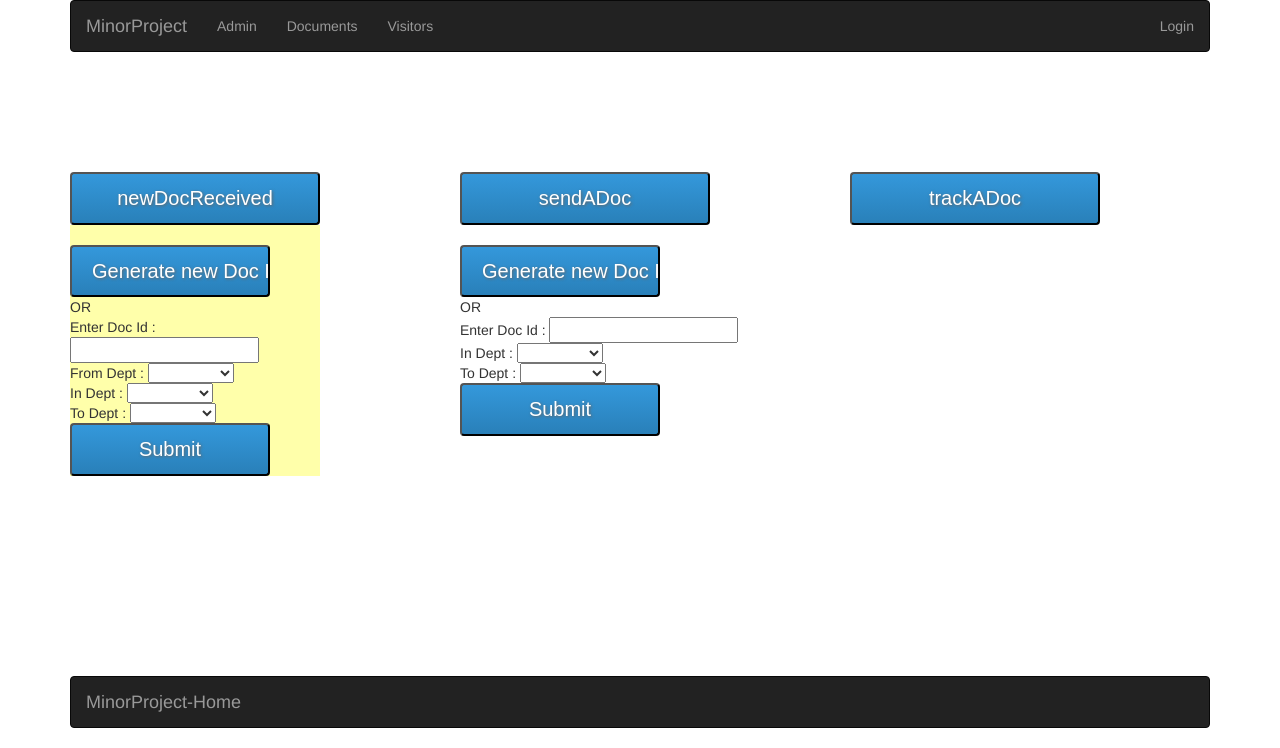
Repository: javaSingh/java
Page: workspace/minorProjectWithInder7thSem2/WebContent/index.html
These files come from the project's save history. The page is drawn as it stood at one moment and after the next save; the edit follows.
The browser window is 1280 px wide. The pictures show the whole page.
Some web libraries are served in a nearby version.

Above is the page before, as saved 2014-10-20 12:21:49.

### workspace/minorProjectWithInder7thSem2/WebContent/index.html
<!DOCTYPE html>
<html>
   <head>
      <title>MinorProject-OfficeMgmt</title>
      <meta name='viewport' content='width=device-width, initial-scale=1.0'>
      <!-- Bootstrap -->
      <link href='css/bootstrap.min.css' rel='stylesheet'>
	  <!--my css-->
	  <link href='css/a.css' rel='stylesheet'>
      <!-- HTML5 Shim and Respond.js IE8 support of HTML5 elements and media
         queries -->
      <!-- WARNING: Respond.js doesn't work if you view the page
         via file:// -->
      <!--[if lt IE 9]>
         <script src='https://oss.maxcdn.com/libs/html5shiv/3.7.0/
            html5shiv.js'></script>
         <script src='https://oss.maxcdn.com/libs/respond.js/1.3.0/
            respond.min.js'></script>
      <![endif]-->
	  <!--font awesome. for icons used in top of page-->
	  <link href="http://maxcdn.bootstrapcdn.com/font-awesome/4.1.0/css/font-awesome.min.css" rel="stylesheet">







	  <script src="http://ajax.googleapis.com/ajax/libs/jquery/1.11.1/jquery.min.js"></script>





	</head>
	<body>

	<div class='container'>
	<div class="scroll-top-wrapper ">
    <span class="scroll-top-inner">
    <i class="fa fa-2x fa-arrow-circle-up"></i>
    </span>
	</div>

	<nav role='navigation' class='navbar navbar-inverse'>
    <!-- Brand and toggle get grouped for better mobile display -->
    <div class='navbar-header'>
        <button type='button' data-target='#navbarCollapse' data-toggle='collapse' class='navbar-toggle'>
            <span class='sr-only'>Toggle navigation</span>
            <span class='icon-bar'></span>
            <span class='icon-bar'></span>
            <span class='icon-bar'></span>
        </button>
        <a href='#' class='navbar-brand'>MinorProject</a>
    </div>
    <!-- Collection of nav links and other content for toggling -->
    <div id='navbarCollapse' class='collapse navbar-collapse'>
        <ul class='nav navbar-nav'>
            <li><a href='#'>Admin </a></li>
            <li><a href='#'>Documents </a></li>
			<li><a href='#'>Visitors </a></li>
			</ul>
        <ul class='nav navbar-nav navbar-right'>
            <li><a href='jackie.html'>Login</a></li>
        </ul>
    </div>
</nav>
<div class='top'></div>
<div class='row'>
<div class='col-md-4'>



<input type='button' onclick='newdoc()'  class='submitbutton' value='newDocReceived' name='newdocreceivedbutton'></input>
<div id='newdoc'>
<br>
<form action='Serv3'>
<input type='submit' class='submitbuttoninner' value='Generate new Doc Id'></input>
</form>
OR
<br>
<form action='Serv1'>
Enter Doc Id : <input type='number' name='docid' required autofoucs></input><br>
From Dept : <select name='fromdept'>
<option value=""></option>
  <option value="Dept1">Dept1</option>
  <option value="Dept2">Dept2</option>
  <option value="Dept3">Dept3</option>
  <option value="Dept4">Dept4</option>
  <option value="Reception">Reception</option>
  <option value="Staff">Staff</option>
  <option value="Student">Student</option>
</select><br>
In Dept : <select name='indept'>
  <option value=""></option>
  <option value="Dept1">Dept1</option>
  <option value="Dept2">Dept2</option>
  <option value="Dept3">Dept3</option>
  <option value="Dept4">Dept4</option>
  <option value="Reception">Reception</option>
</select><br>
To Dept : <select name='todept'>
  <option value=""></option>
  <option value="Dept1">Dept1</option>
  <option value="Dept2">Dept2</option>
  <option value="Dept3">Dept3</option>
  <option value="Dept4">Dept4</option>
  <option value="Reception">Reception</option>
</select>
<input type='submit' class='submitbuttoninner'></input>
</form>
</div>








</div>
<div class='col-md-4'>


<input type='button' class='submitbutton' onclick='senddoc()' value='sendADoc' name='senddocbutton'></input>
<div id='senddoc'>
<br>
<form action='Serv3'>
<input type='submit' value='Generate new Doc Id' class='submitbuttoninner'></input>
</form>
OR
<br>
<form action='Serv2'>
Enter Doc Id : <input type='number' name='docid' required autofoucs></input><br>
In Dept : <select name='indept'>
  <option value=""></option>
  <option value="Dept1">Dept1</option>
  <option value="Dept2">Dept2</option>
  <option value="Dept3">Dept3</option>
  <option value="Dept4">Dept4</option>
  <option value="Reception">Reception</option>
</select><br>
To Dept : <select name='todept'>
<option value=""></option>
<option value="Dept1">Dept1</option>
  <option value="Dept2">Dept2</option>
  <option value="Dept3">Dept3</option>
  <option value="Dept4">Dept4</option>
  <option value="Reception">Reception</option>
</select><br>
<input type='submit' class='submitbuttoninner'></input>
</form>
</div>








</div>
<div class='col-md-4'>




<form action='Serv4' type='post'>
<input type='submit' class='submitbutton' value='trackADoc'></input>
</form>






</div>

</div>
<div class='below'></div>
<div class='row'>
<div class='col-md-12'>
<div class='myfooter'>
<nav role='navigation' class='navbar navbar-inverse'>
    <!-- Brand and toggle get grouped for better mobile display -->
    <div class='navbar-header'>
        <button type='button' data-target='#navbarCollapse' data-toggle='collapse' class='navbar-toggle'>
            <span class='sr-only'>Toggle navigation</span>
            <span class='icon-bar'></span>
            <span class='icon-bar'></span>
            <span class='icon-bar'></span>
        </button>
        <a href='#' class='navbar-brand'>MinorProject-Home</a>
    </div>
    <!-- Collection of nav links and other content for toggling -->
    <div id='navbarCollapse' class='collapse navbar-collapse'>


    </div>
</nav>
</div>
</div>
</div>






	  <!-- jQuery (necessary for Bootstrap's JavaScript plugins) -->
      <script src='https://code.jquery.com/jquery.js'></script>
      <!-- Include all compiled plugins (below), or include individual files
            as needed -->
      <script src='js/bootstrap.min.js'></script>
	  <script src="//ajax.googleapis.com/ajax/libs/jquery/1.11.0/jquery.min.js"></script>
 <script>

$(function(){

    $(document).on( 'scroll', function(){

        if ($(window).scrollTop() > 1) {
            $('.scroll-top-wrapper').addClass('show');
        } else {
            $('.scroll-top-wrapper').removeClass('show');
        }
    });
});
</script>
   <script>

$(function(){

    $(document).on( 'scroll', function(){

        if ($(window).scrollTop() > 1) {
            $('.scroll-top-wrapper').addClass('show');
        } else {
            $('.scroll-top-wrapper').removeClass('show');
        }
    });

    $('.scroll-top-wrapper').on('click', scrollToTop);
});

function scrollToTop() {
    verticalOffset = typeof(verticalOffset) != 'undefined' ? verticalOffset : 0;
    element = $('body');
    offset = element.offset();
    offsetTop = offset.top;
    $('html, body').animate({scrollTop: offsetTop}, 500, 'linear');
}
</script>


 </div> </body>
</html>

### workspace/minorProjectWithInder7thSem2/WebContent/css/a.css
#newdoc
{
    background-color: #ffffaa;
    width:250px;
}
.submitbutton {
  background: #3498db;
  background-image: -webkit-linear-gradient(top, #3498db, #2980b9);
  background-image: -moz-linear-gradient(top, #3498db, #2980b9);
  background-image: -ms-linear-gradient(top, #3498db, #2980b9);
  background-image: -o-linear-gradient(top, #3498db, #2980b9);
  background-image: linear-gradient(to bottom, #3498db, #2980b9);
  -webkit-border-radius: 4;
  -moz-border-radius: 4;
  border-radius: 4px;
  text-shadow: 1px 1px 3px #666666;
  font-family: Arial;
  color: #ffffff;
  font-size: 20px;
  padding: 10px 20px 10px 20px;
  text-decoration: none;
 width:250px;
}

.submitbutton:hover {
cursor:pointer;
  background: #3cb0fd;
  background-image: -webkit-linear-gradient(top, #3cb0fd, #3498db);
  background-image: -moz-linear-gradient(top, #3cb0fd, #3498db);
  background-image: -ms-linear-gradient(top, #3cb0fd, #3498db);
  background-image: -o-linear-gradient(top, #3cb0fd, #3498db);
  background-image: linear-gradient(to bottom, #3cb0fd, #3498db);
  text-decoration: none;
}

.submitbuttoninner {
  background: #3498db;
  background-image: -webkit-linear-gradient(top, #3498db, #2980b9);
  background-image: -moz-linear-gradient(top, #3498db, #2980b9);
  background-image: -ms-linear-gradient(top, #3498db, #2980b9);
  background-image: -o-linear-gradient(top, #3498db, #2980b9);
  background-image: linear-gradient(to bottom, #3498db, #2980b9);
  -webkit-border-radius: 4;
  -moz-border-radius: 4;
  border-radius: 4px;
  text-shadow: 1px 1px 3px #666666;
  font-family: Arial;
  color: #ffffff;
  font-size: 20px;
  padding: 10px 20px 10px 20px;
  text-decoration: none;
 width:200px;
}

.submitbuttoninner:hover {
cursor:pointer;
  background: #3cb0fd;
  background-image: -webkit-linear-gradient(top, #3cb0fd, #3498db);
  background-image: -moz-linear-gradient(top, #3cb0fd, #3498db);
  background-image: -ms-linear-gradient(top, #3cb0fd, #3498db);
  background-image: -o-linear-gradient(top, #3cb0fd, #3498db);
  background-image: linear-gradient(to bottom, #3cb0fd, #3498db);
  text-decoration: none;
}




.top{
height:100px;
}
.below
{height:200px;}

[type='email']
{
    font-size:20px;
}
[type="text"] {
    font-size: 20px;
 //   margin-left: 10%;
}
.signup
{

    border:1px solid green;
    border-radius:2px;
    height:100%;
    background-color:rgba(252, 255, 155, 1);


}
.signup input[type=text]
{
    width:80%;
    margin:auto;

}
input[type=email]
{
    width:80%;
    margin:auto;

}
.scroll-top-wrapper {
    position: fixed;
    opacity: 0;
    visibility: hidden;
    overflow: hidden;
    text-align: center;
    z-index: 99999999;
    background-color: #008000;
    color: #eeeeee;
    width: 60px;
    height: 55px;
    line-height: 48px;
    right: 30px;
    bottom: 30px;
    padding-top: 2px;
    border-top-left-radius: 10px;
    border-top-right-radius: 10px;
    border-bottom-right-radius: 10px;
    border-bottom-left-radius: 10px;
    -webkit-transition: all 0.5s ease-in-out;
    -moz-transition: all 0.5s ease-in-out;
    -ms-transition: all 0.5s ease-in-out;
    -o-transition: all 0.5s ease-in-out;
    transition: all 0.3s ease-in-out;
}
.scroll-top-wrapper:hover {
    //opacity: 0.0;
    background-color: #222245;
}
.scroll-top-wrapper.show {
    visibility:visible;
    cursor:pointer;
    opacity: 0.9999999;
}
.scroll-top-wrapper i.fa {
    line-height: inherit;
}

Loaded but not shown: workspace/minorProjectWithInder7thSem2/WebContent/css/bootstrap.min.css (library); workspace/minorProjectWithInder7thSem2/WebContent/js/bootstrap.min.js (library)

After the next save:
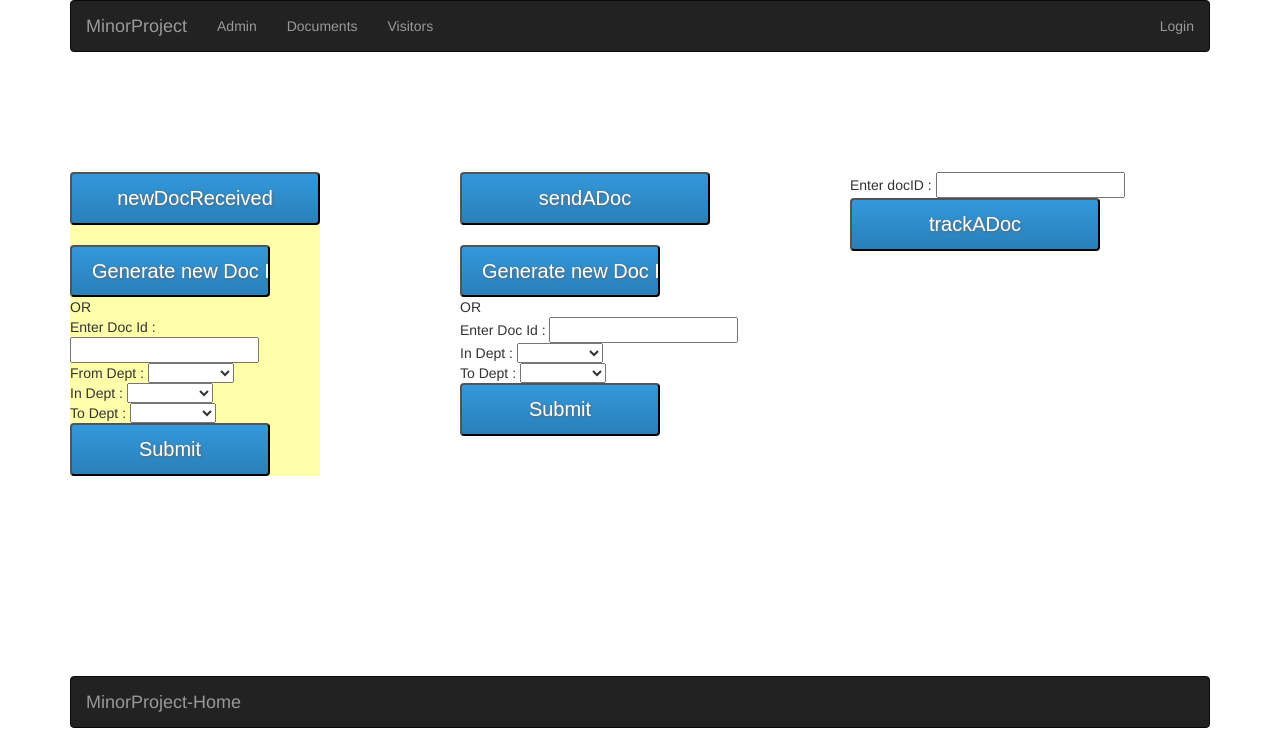
Saved 97 s later.
--- a/workspace/minorProjectWithInder7thSem2/WebContent/index.html
+++ b/workspace/minorProjectWithInder7thSem2/WebContent/index.html
@@ -166,6 +166,7 @@
 
 
 <form action='Serv4' type='post'>
+Enter docID : <input type='number' name='docid'></input>
 <input type='submit' class='submitbutton' value='trackADoc'></input>
 </form>
 

After the save that followed:
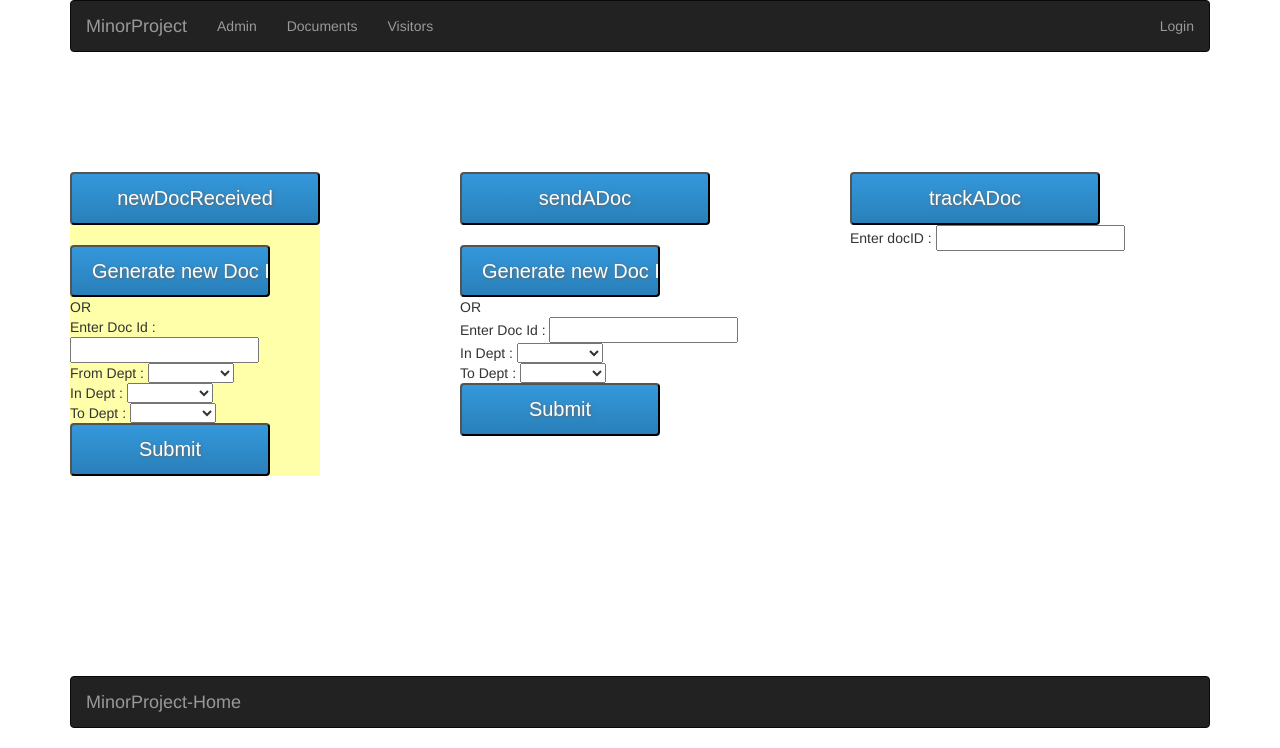
Saved 27 s later.
--- a/workspace/minorProjectWithInder7thSem2/WebContent/index.html
+++ b/workspace/minorProjectWithInder7thSem2/WebContent/index.html
@@ -166,8 +166,9 @@
 
 
 <form action='Serv4' type='post'>
+<input type='submit' class='submitbutton' value='trackADoc'></input><br>
 Enter docID : <input type='number' name='docid'></input>
-<input type='submit' class='submitbutton' value='trackADoc'></input>
+
 </form>
 
 
